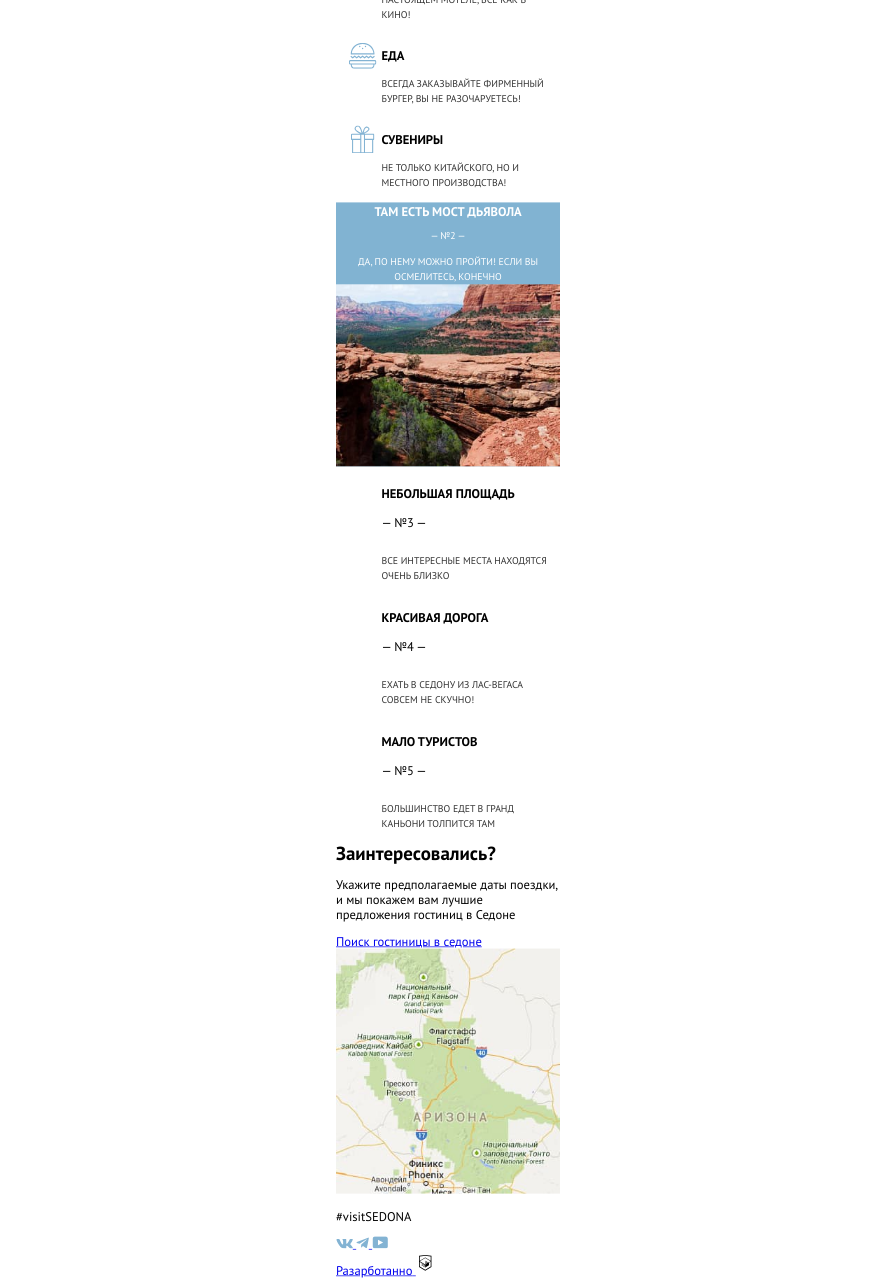
Repository: iKrekus/2149661-sedona-27
Page: source/index.html
An editor plug-in stored every save of this project. The page is shown before and after the next save, followed by the edit.
The browser window is 1280 px wide. The pictures show the part of the page from y = 1203 to 3123 px (the page is 3029 px tall before and 3123 px after), at 70% of full size.
The style sheet was rebuilt from its Sass, Less or Tailwind sources for each picture, by a compiler version that may differ from the author's.

Above is the page before, as saved 2022-12-05 12:10:49.

After the next save:
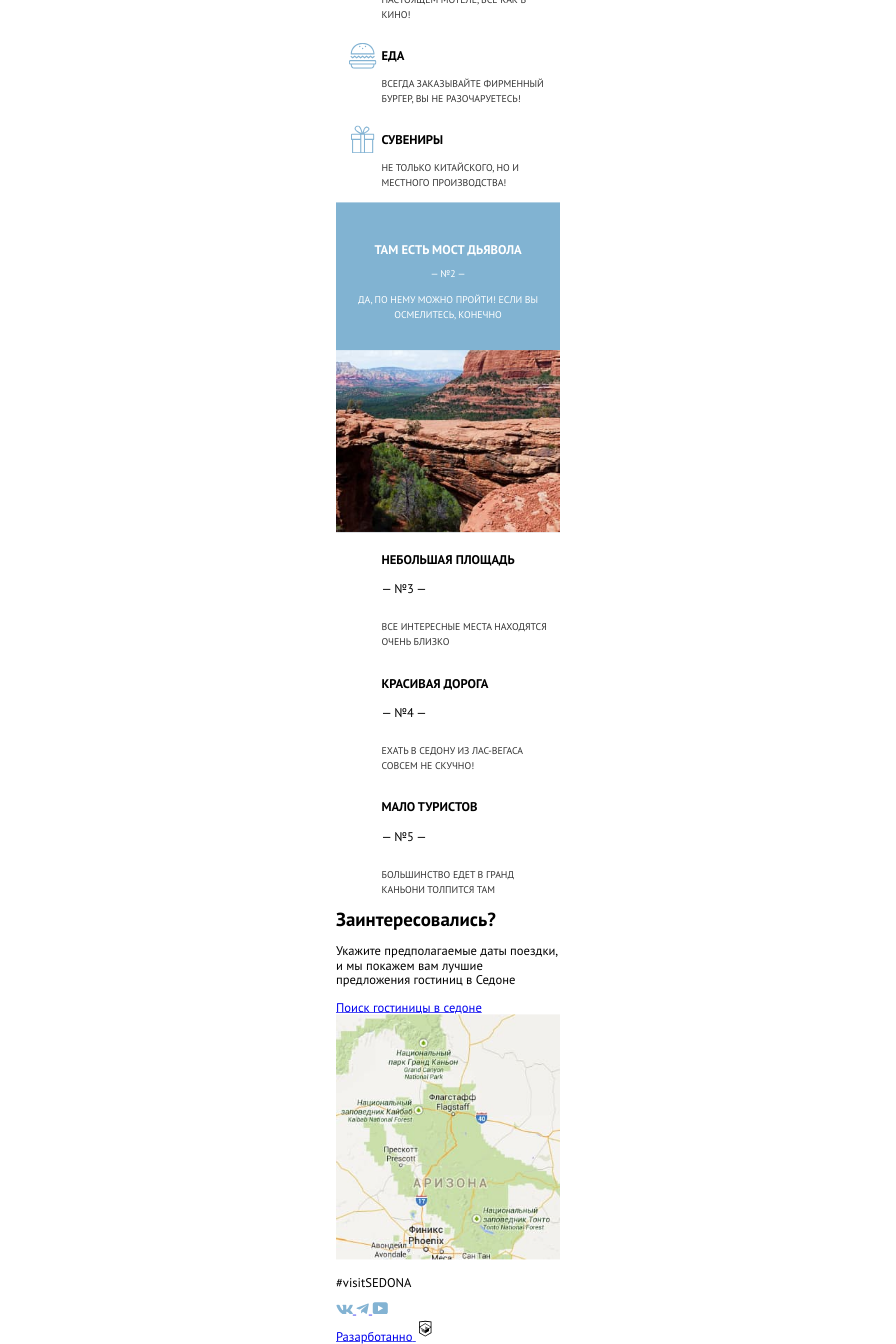
Saved 74 s later.
--- a/source/index.html
+++ b/source/index.html
@@ -91,6 +91,7 @@
       </ul>
     </section>
     <section class="features">
+      <div class="features-wrapper">
         <h3 class="features__features-title">
           Там есть Мост дьявола
         </h3>
@@ -101,6 +102,7 @@
         <p class="features__features-description">
           Да, по нему можно пройти! Если вы осмелитесь, конечно
         </p>
+      </div>
       <img class="features__image" src="img/photo/devil-gridge-mobile.jpg" alt="Фото - 'Мост дьявола'." width="320" height="260">
     </section>
     <section class="advantages">
